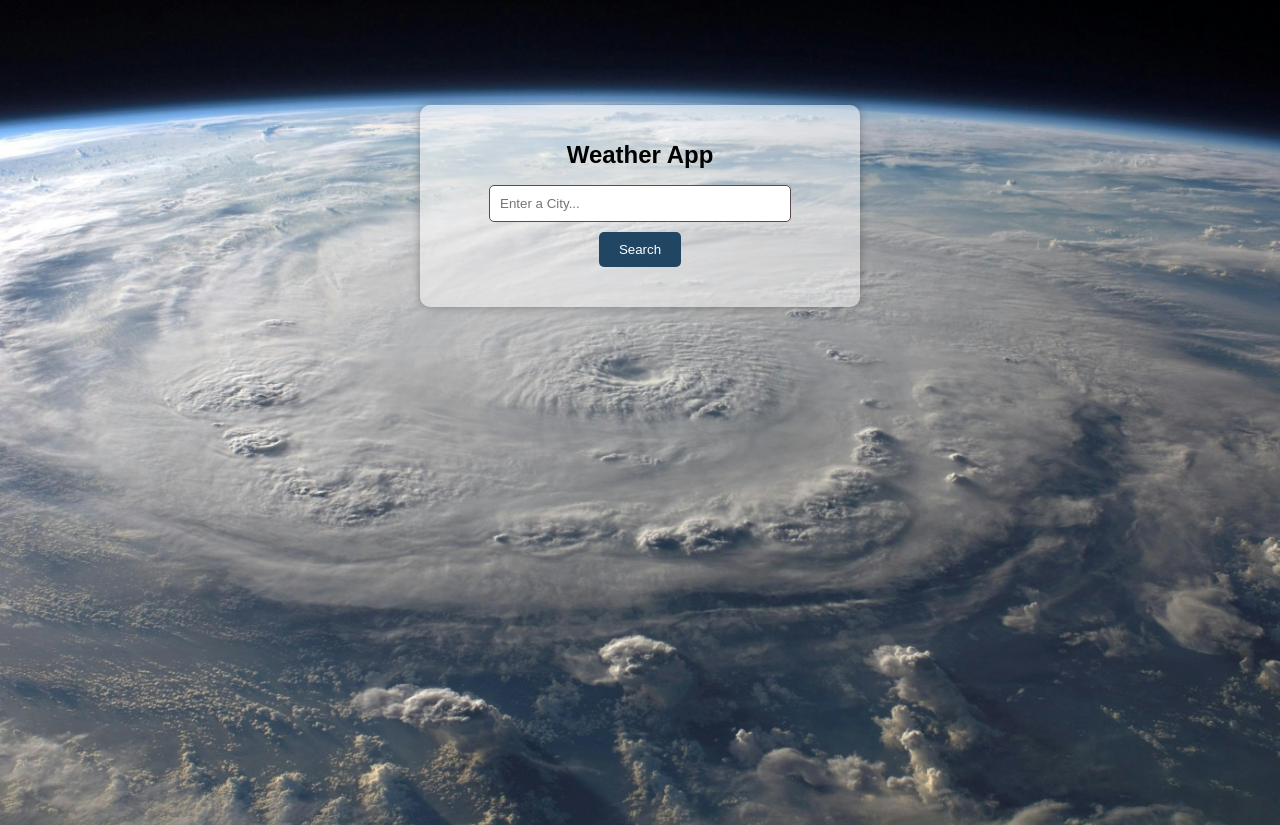
Repository: Dharshinimk-521/weather-app
Page: index.html
The author's editor kept a copy of each file at every save. The page is drawn from the files as they stood at one save, then again after the next save.
The browser window is 1280 px wide. The pictures show the whole page.

Above is the page before, as saved 2026-04-18 18:08:44.

After the next save:
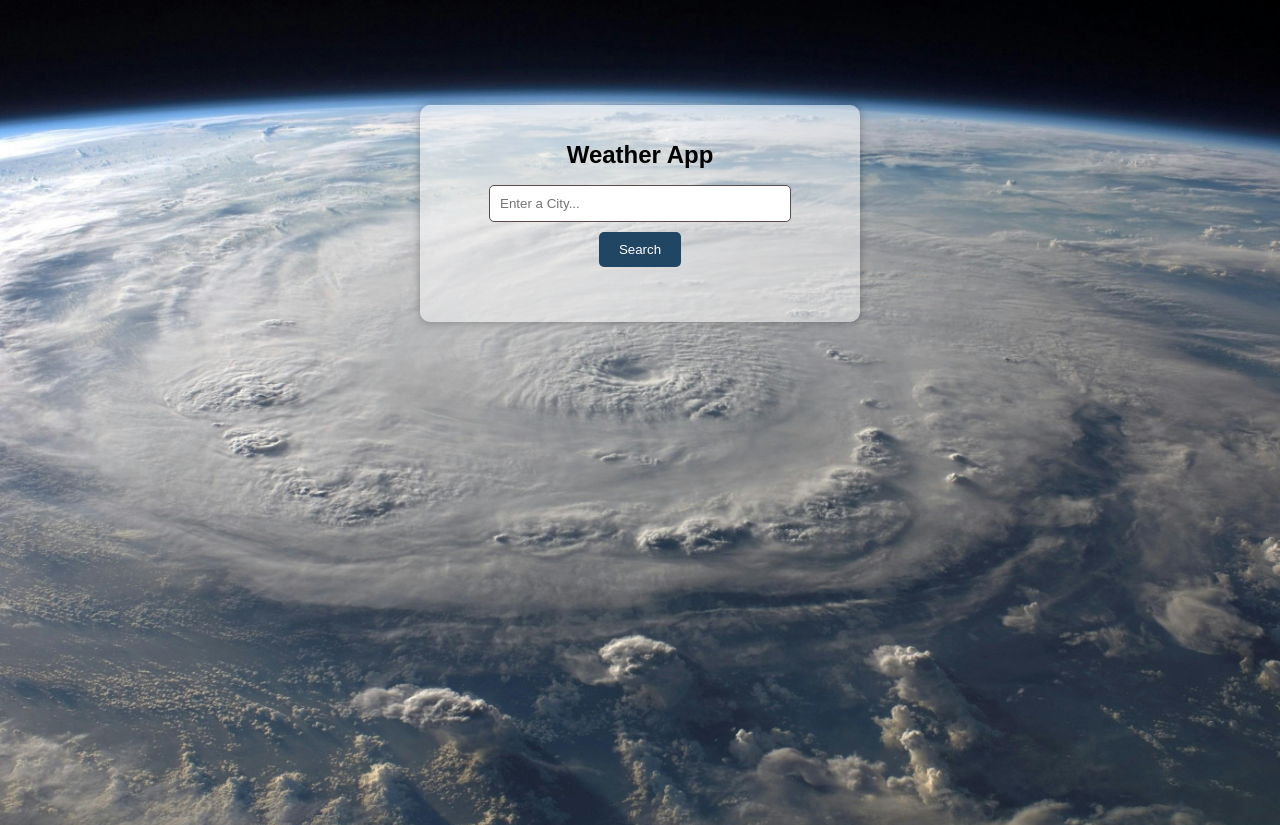
Saved 36 s later.
--- a/style.css
+++ b/style.css
@@ -43,6 +43,17 @@ button {
     border-radius: 5px;
     cursor: pointer;
 }
+.icon-box {
+    display: flex;
+    justify-content: center;   /* center horizontally */
+    margin-top: 15px;
+}
+
 #weatherIcon {
-    display: none;
+    display: none;             /* hidden initially */
+    width: 80px;
+    height: 80px;
+    background-color: black;   /* black bg only for icon */
+    border-radius: 10px;       /* optional (looks nice) */
+    padding: 5px;              /* space inside bg */
 }
